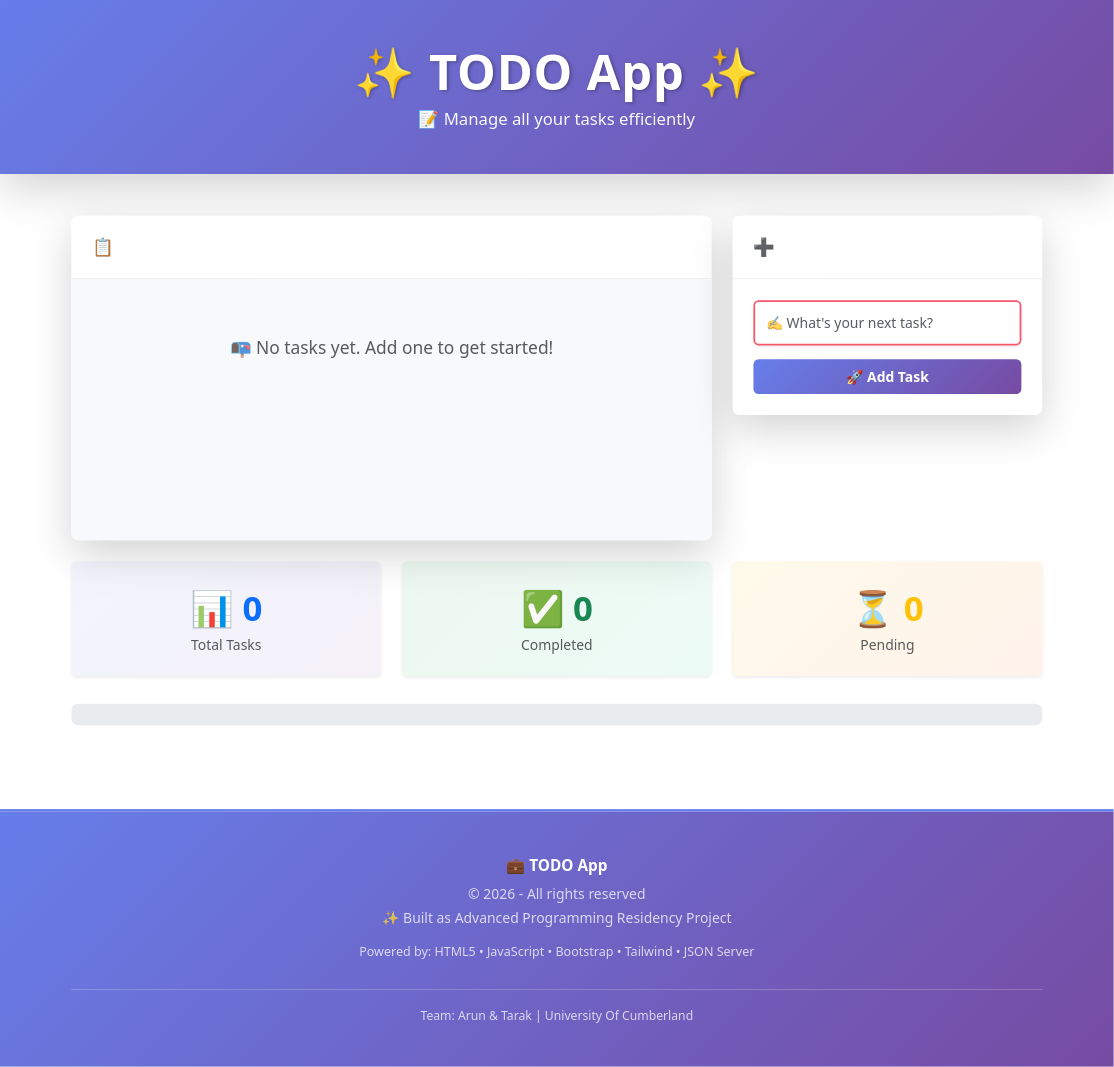
Repository: arunkr12/Master-In-Computer-Science
Page: Advanced Programming Language/Residency Project Team One Arun Javascript Version/TODO/index.html
The author's editor kept a copy of each file at every save. The page is drawn from the files as they stood at one save, then again after the next save.
The browser window is 1280 px wide. The pictures show the whole page, at 87% of full size.
The page's requests for data from a server got no answer. Some web libraries are served in a nearby version.

Above is the page before, as saved 2026-02-20 18:47:07.

### Advanced Programming Language/Residency Project Team One Arun Javascript Version/TODO/index.html
<!doctype html>
<html lang="en">
  <head>
    <meta charset="UTF-8" />
    <meta name="viewport" content="width=device-width, initial-scale=1.0" />
    <title>TODO App</title>
    <link
      href="https://cdn.jsdelivr.net/npm/bootstrap@5.3.8/dist/css/bootstrap.min.css"
      rel="stylesheet"
    />
    <link href="https://cdn.tailwindcss.com" rel="stylesheet" />
    <style>
      body {
        display: flex;
        flex-direction: column;
        min-height: 100vh;
      }
      main {
        flex: 1;
      }
      footer {
        background-color: #f8f9fa;
        border-top: 1px solid #dee2e6;
      }
    </style>
  </head>
  <body>
    <div id="app"></div>

    <script src="https://cdn.jsdelivr.net/npm/bootstrap@5.3.8/dist/js/bootstrap.bundle.min.js"></script>
    <script type="module" src="app.js"></script>
  </body>
</html>

### Advanced Programming Language/Residency Project Team One Arun Javascript Version/TODO/app.js
import ToDoContainer from "./ToDoContainer/ToDoContainer.js";

// Initialize the app
const app = document.getElementById("app");
const todoContainer = new ToDoContainer();

// Load todos from JSON Server and render the app
async function initializeApp() {
  await todoContainer.initialize();
  app.innerHTML = todoContainer.render();
  setupEventListeners();
}

function setupEventListeners() {
  // Add todo button click
  const addBtn = document.querySelector(".add-todo-btn");
  const inputField = document.querySelector(".add-todo-input");

  if (addBtn) {
    addBtn.addEventListener("click", async () => {
      const text = inputField.value;
      if (text.trim()) {
        await todoContainer.addTodoItem(text);
        app.innerHTML = todoContainer.render();
        setupEventListeners();
        inputField.value = "";
      }
    });

    inputField.addEventListener("keypress", async (e) => {
      if (e.key === "Enter") {
        const text = inputField.value;
        if (text.trim()) {
          await todoContainer.addTodoItem(text);
          app.innerHTML = todoContainer.render();
          setupEventListeners();
          inputField.value = "";
        }
      }
    });
  }

  // Delete buttons
  const deleteButtons = document.querySelectorAll(".delete-btn");
  deleteButtons.forEach((btn) => {
    btn.addEventListener("click", async () => {
      const id = parseInt(btn.getAttribute("data-id"));
      await todoContainer.deleteTodoItem(id);
      app.innerHTML = todoContainer.render();
      setupEventListeners();
    });
  });

  // Edit buttons
  const editButtons = document.querySelectorAll(".edit-btn");
  editButtons.forEach((btn) => {
    btn.addEventListener("click", async () => {
      const id = parseInt(btn.getAttribute("data-id"));
      const currentText = btn.getAttribute("data-text");
      const newText = prompt("Edit task:", currentText);
      if (newText !== null && newText.trim()) {
        await todoContainer.editTodoItem(id, newText);
        app.innerHTML = todoContainer.render();
        setupEventListeners();
      }
    });
  });

  // Toggle checkboxes
  const checkboxes = document.querySelectorAll(".todo-checkbox");
  checkboxes.forEach((checkbox) => {
    checkbox.addEventListener("change", async () => {
      const id = parseInt(checkbox.getAttribute("data-id"));
      await todoContainer.toggleTodoItem(id);
      app.innerHTML = todoContainer.render();
      setupEventListeners();
    });
  });
}

// Initialize the app when DOM is ready
initializeApp();

### Advanced Programming Language/Residency Project Team One Arun Javascript Version/TODO/ToDoContainer/ToDoContainer.js
import Header from "../Header/Header.js";
import Footer from "../Footer/Footer.js";
import ToDoList from "../ToDoList/ToDoList.js";
import AddTodo from "../AddTodo/AddTodo.js";
import Stats from "../Stats/Stats.js";
import TodoService from "../Services/TodoService.js";

class ToDoContainer {
  constructor() {
    this.header = new Header("TODO App", "Manage all your tasks efficiently");
    this.footer = new Footer(2026, "TODO App");
    this.todoList = new ToDoList();
    this.addTodo = new AddTodo();
    this.stats = new Stats();
    this.todoService = new TodoService();

    this.todos = [];
  }

  async initialize() {
    this.todos = await this.todoService.getTodos();
    this.updateComponents();
  }

  updateComponents() {
    this.todoList.setTodos(this.todos);
    this.stats.setTodos(this.todos);
  }

  async addTodoItem(text) {
    if (text.trim()) {
      const newTodo = await this.todoService.addTodo(text);
      if (newTodo) {
        this.todos.push(newTodo);
        this.updateComponents();
        return newTodo;
      }
    }
    return null;
  }

  async editTodoItem(id, newText) {
    if (newText.trim()) {
      const updated = await this.todoService.updateTodo(id, {
        text: newText.trim(),
      });
      if (updated) {
        const todo = this.todos.find((t) => t.id === id);
        if (todo) {
          todo.text = newText.trim();
          this.updateComponents();
        }
        return updated;
      }
    }
    return null;
  }

  async toggleTodoItem(id) {
    const todo = this.todos.find((t) => t.id === id);
    if (todo) {
      const updated = await this.todoService.updateTodo(id, {
        completed: !todo.completed,
      });
      if (updated) {
        todo.completed = updated.completed;
        this.updateComponents();
      }
      return updated;
    }
    return null;
  }

  async deleteTodoItem(id) {
    const success = await this.todoService.deleteTodo(id);
    if (success) {
      this.todos = this.todos.filter((t) => t.id !== id);
      this.updateComponents();
      return true;
    }
    return false;
  }

  render() {
    const header = this.header.render();
    const mainContent = this.renderMain();
    const footer = this.footer.render();

    return `
            ${header}
            ${mainContent}
            ${footer}
        `;
  }

  renderMain() {
    const todoListHtml = this.todoList.render();
    const addTodoHtml = this.addTodo.render();
    const statsHtml = this.stats.render();

    return `
            <main class="py-5">
                <div class="container">
                    <div class="row mb-4">
                        <div class="col-md-8">
                            ${todoListHtml}
                        </div>
                        <div class="col-md-4">
                            ${addTodoHtml}
                        </div>
                    </div>
                    ${statsHtml}
                </div>
            </main>
        `;
  }

  getTodos() {
    return this.todos;
  }
}

export default ToDoContainer;

### Advanced Programming Language/Residency Project Team One Arun Javascript Version/TODO/Header/Header.js
class Header {
  constructor(
    title = "TODO App",
    subtitle = "Manage all your tasks efficiently",
  ) {
    this.title = title;
    this.subtitle = subtitle;
  }

  render() {
    return `
      <header class="bg-gradient-primary text-white py-5 shadow-lg" style="background: linear-gradient(135deg, #667eea 0%, #764ba2 100%);">
        <div class="container">
          <div class="text-center">
            <h1 class="m-0 display-4 fw-bold" style="text-shadow: 2px 2px 4px rgba(0,0,0,0.3); letter-spacing: 1px;">
              ✨ ${this.title} ✨
            </h1>
            <p class="m-0 mt-2 lead text-white" style="font-size: 1.2rem; opacity: 0.95;">
              📝 ${this.subtitle}
            </p>
          </div>
        </div>
      </header>
    `;
  }
}

export default Header;

### Advanced Programming Language/Residency Project Team One Arun Javascript Version/TODO/Footer/Footer.js
class Footer {
  constructor(year = 2026, projectName = "TODO App") {
    this.year = year;
    this.projectName = projectName;
  }

  render() {
    return `
      <footer class="py-5 mt-5" style="background: linear-gradient(135deg, #667eea 0%, #764ba2 100%); color: white; border-top: 3px solid #667eea;">
        <div class="container">
          <div class="row text-center">
            <div class="col-md-12">
              <p class="mb-2 fw-bold" style="font-size: 1.1rem;">💼 ${this.projectName}</p>
              <p class="mb-1 opacity-75">&copy; ${this.year} - All rights reserved</p>
              <p class="mb-0 opacity-75">✨ Built as Advanced Programming Residency Project</p>
              <p class="mt-3 opacity-75" style="font-size: 0.9rem;">
                Powered by: HTML5 • JavaScript • Bootstrap • Tailwind • JSON Server
              </p>
            </div>
          </div>
          <hr class="my-3 opacity-25">
          <div class="text-center opacity-75">
            <small>Team: Arun & Tarak | University Of Cumberland</small>
          </div>
        </div>
      </footer>
    `;
  }
}

export default Footer;

### Advanced Programming Language/Residency Project Team One Arun Javascript Version/TODO/ToDoList/ToDoList.js
class ToDoList {
  constructor(todos = []) {
    this.todos = todos;
    this.editingId = null;
    this.editText = "";
  }

  setTodos(todos) {
    this.todos = todos;
  }

  renderTodoRow(todo) {
    const isEditing = this.editingId === todo.id;
    const statusIcon = todo.completed ? "✅" : "📌";

    return `
      <div class="list-group-item d-flex justify-content-between align-items-center p-3 border-0 shadow-sm mb-2"
           data-todo-id="${todo.id}"
           style="background: ${todo.completed ? "#f0f9ff" : "#fafbfc"}; border-left: 4px solid ${todo.completed ? "#28a745" : "#667eea"} !important; border-radius: 4px;">
        <div class="flex-grow-1 d-flex align-items-center">
          <input class="form-check-input me-3 todo-checkbox" type="checkbox"
                 data-id="${todo.id}"
                 style="width: 20px; height: 20px; cursor: pointer;"
                 ${todo.completed ? "checked" : ""}>
          <span class="todo-text fs-5 ${todo.completed ? "text-decoration-line-through text-success" : "text-dark fw-500"}"
                style="cursor: default;">
            ${statusIcon} ${todo.text}
          </span>
        </div>
        <div class="btn-group btn-group-sm" role="group">
          <button class="btn btn-sm btn-outline-warning edit-btn" data-id="${todo.id}" data-text="${todo.text}" title="Edit" style="border-radius: 4px 0 0 4px;">
            ✏️ Edit
          </button>
          <button class="btn btn-sm btn-outline-danger delete-btn" data-id="${todo.id}" title="Delete" style="border-radius: 0 4px 4px 0;">
            🗑️ Delete
          </button>
        </div>
      </div>
    `;
  }

  render() {
    const todosHtml = this.todos
      .map((todo) => this.renderTodoRow(todo))
      .join("");

    return `
      <div class="card shadow-lg border-0" style="border-radius: 8px;">
        <div class="card-header bg-gradient p-4" style="background: linear-gradient(135deg, #667eea 0%, #764ba2 100%); border-radius: 8px 8px 0 0;">
          <h5 class="mb-0 text-white fw-bold">
            📋 Your TODO List (${this.todos.length} tasks)
          </h5>
        </div>
        <div class="p-3" style="min-height: 300px; background: #f8f9fa; border-radius: 0 0 8px 8px;">
          ${todosHtml || '<div class="text-center text-muted py-5"><p class="fs-5">📭 No tasks yet. Add one to get started!</p></div>'}
        </div>
      </div>
    `;
  }
}

export default ToDoList;

### Advanced Programming Language/Residency Project Team One Arun Javascript Version/TODO/AddTodo/AddTodo.js
class AddTodo {
  constructor(onAdd = null) {
    this.onAdd = onAdd;
    this.inputValue = "";
  }

  render() {
    return `
      <div class="card shadow-lg border-0" style="border-radius: 8px;">
        <div class="card-header bg-gradient p-4" style="background: linear-gradient(135deg, #f093fb 0%, #f5576c 100%); border-radius: 8px 8px 0 0;">
          <h5 class="card-title mb-0 text-white fw-bold">
            ➕ Add New Task
          </h5>
        </div>
        <div class="card-body p-4">
          <div class="mb-3">
            <input type="text" class="form-control add-todo-input shadow-sm"
                   placeholder="✍️ What's your next task?"
                   id="newTaskInput"
                   style="border: 2px solid #f5576c; border-radius: 6px; padding: 12px; font-size: 1rem;">
          </div>
          <button class="btn btn-gradient w-100 add-todo-btn fw-bold py-2"
                  style="background: linear-gradient(135deg, #667eea 0%, #764ba2 100%); border: none; border-radius: 6px; color: white; font-size: 1rem; transition: all 0.3s ease;">
            🚀 Add Task
          </button>
        </div>
      </div>
    `;
  }
}

export default AddTodo;

### Advanced Programming Language/Residency Project Team One Arun Javascript Version/TODO/Stats/Stats.js
class Stats {
  constructor(todos = []) {
    this.todos = todos;
  }

  setTodos(todos) {
    this.todos = todos;
  }

  getTotalTasks() {
    return this.todos.length;
  }

  getCompletedTasks() {
    return this.todos.filter((t) => t.completed).length;
  }

  getPendingTasks() {
    return this.getTotalTasks() - this.getCompletedTasks();
  }

  render() {
    const total = this.getTotalTasks();
    const completed = this.getCompletedTasks();
    const pending = this.getPendingTasks();
    const percentage = total > 0 ? Math.round((completed / total) * 100) : 0;

    return `
      <div class="row mt-4">
        <div class="col-md-4 mb-3">
          <div class="card shadow-sm border-0 text-center p-4" style="background: linear-gradient(135deg, #667eea15 0%, #764ba215 100%); border-left: 4px solid #667eea;">
            <div class="text-primary fw-bold" style="font-size: 2.5rem;">📊 ${total}</div>
            <div class="text-muted fw-500">Total Tasks</div>
          </div>
        </div>
        <div class="col-md-4 mb-3">
          <div class="card shadow-sm border-0 text-center p-4" style="background: linear-gradient(135deg, #28a74515 0%, #20c99715 100%); border-left: 4px solid #28a745;">
            <div class="text-success fw-bold" style="font-size: 2.5rem;">✅ ${completed}</div>
            <div class="text-muted fw-500">Completed</div>
          </div>
        </div>
        <div class="col-md-4 mb-3">
          <div class="card shadow-sm border-0 text-center p-4" style="background: linear-gradient(135deg, #ffc10715 0%, #ff650715 100%); border-left: 4px solid #ff6b6b;">
            <div class="text-warning fw-bold" style="font-size: 2.5rem;">⏳ ${pending}</div>
            <div class="text-muted fw-500">Pending</div>
          </div>
        </div>
      </div>
      <div class="progress mt-3" style="height: 25px; border-radius: 8px;">
        <div class="progress-bar bg-success fw-bold" role="progressbar"
             style="width: ${percentage}%; border-radius: 8px;"
             aria-valuenow="${percentage}" aria-valuemin="0" aria-valuemax="100">
          ${percentage}% Complete
        </div>
      </div>
    `;
  }
}

export default Stats;

### Advanced Programming Language/Residency Project Team One Arun Javascript Version/TODO/Services/TodoService.js
class TodoService {
  constructor(apiUrl = "http://localhost:3000") {
    this.apiUrl = apiUrl;
    this.todosEndpoint = `${this.apiUrl}/todos`;
  }

  async getTodos() {
    try {
      const response = await fetch(this.todosEndpoint);
      if (!response.ok) throw new Error("Failed to fetch todos");
      return await response.json();
    } catch (error) {
      console.error("Error fetching todos:", error);
      return [];
    }
  }

  async addTodo(text) {
    try {
      const response = await fetch(this.todosEndpoint, {
        method: "POST",
        headers: { "Content-Type": "application/json" },
        body: JSON.stringify({
          text: text.trim(),
          completed: false,
        }),
      });
      if (!response.ok) throw new Error("Failed to add todo");
      return await response.json();
    } catch (error) {
      console.error("Error adding todo:", error);
      return null;
    }
  }

  async updateTodo(id, updates) {
    try {
      const response = await fetch(`${this.todosEndpoint}/${id}`, {
        method: "PATCH",
        headers: { "Content-Type": "application/json" },
        body: JSON.stringify(updates),
      });
      if (!response.ok) throw new Error("Failed to update todo");
      return await response.json();
    } catch (error) {
      console.error("Error updating todo:", error);
      return null;
    }
  }

  async deleteTodo(id) {
    try {
      const response = await fetch(`${this.todosEndpoint}/${id}`, {
        method: "DELETE",
      });
      if (!response.ok) throw new Error("Failed to delete todo");
      return true;
    } catch (error) {
      console.error("Error deleting todo:", error);
      return false;
    }
  }

  async toggleTodo(id, todos) {
    const todo = todos.find((t) => t.id === id);
    if (todo) {
      return this.updateTodo(id, { completed: !todo.completed });
    }
    return null;
  }
}

export default TodoService;

After the next save:
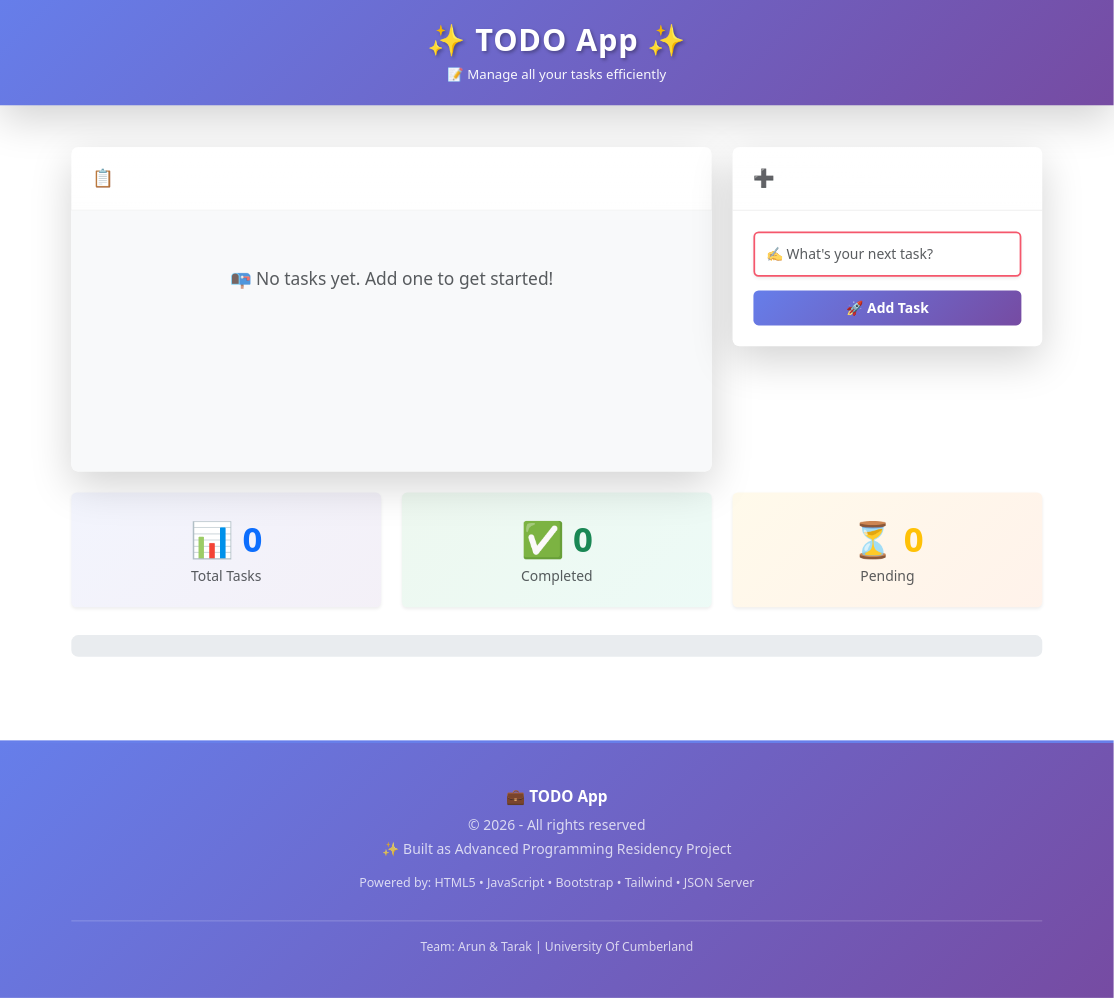
Saved 2 min 16 s later.
--- a/Advanced Programming Language/Residency Project Team One Arun Javascript Version/TODO/Header/Header.js
+++ b/Advanced Programming Language/Residency Project Team One Arun Javascript Version/TODO/Header/Header.js
@@ -9,13 +9,13 @@ class Header {
 
   render() {
     return `
-      <header class="bg-gradient-primary text-white py-5 shadow-lg" style="background: linear-gradient(135deg, #667eea 0%, #764ba2 100%);">
+      <header class="bg-gradient-primary text-white py-4 shadow-lg" style="background: linear-gradient(135deg, #667eea 0%, #764ba2 100%);">
         <div class="container">
           <div class="text-center">
-            <h1 class="m-0 display-4 fw-bold" style="text-shadow: 2px 2px 4px rgba(0,0,0,0.3); letter-spacing: 1px;">
+            <h1 class="m-0 fw-bold" style="text-shadow: 2px 2px 4px rgba(0,0,0,0.3); letter-spacing: 1px; font-size: 2.2rem;">
               ✨ ${this.title} ✨
             </h1>
-            <p class="m-0 mt-2 lead text-white" style="font-size: 1.2rem; opacity: 0.95;">
+            <p class="m-0 mt-2 text-white" style="font-size: 0.95rem; opacity: 0.95;">
               📝 ${this.subtitle}
             </p>
           </div>
